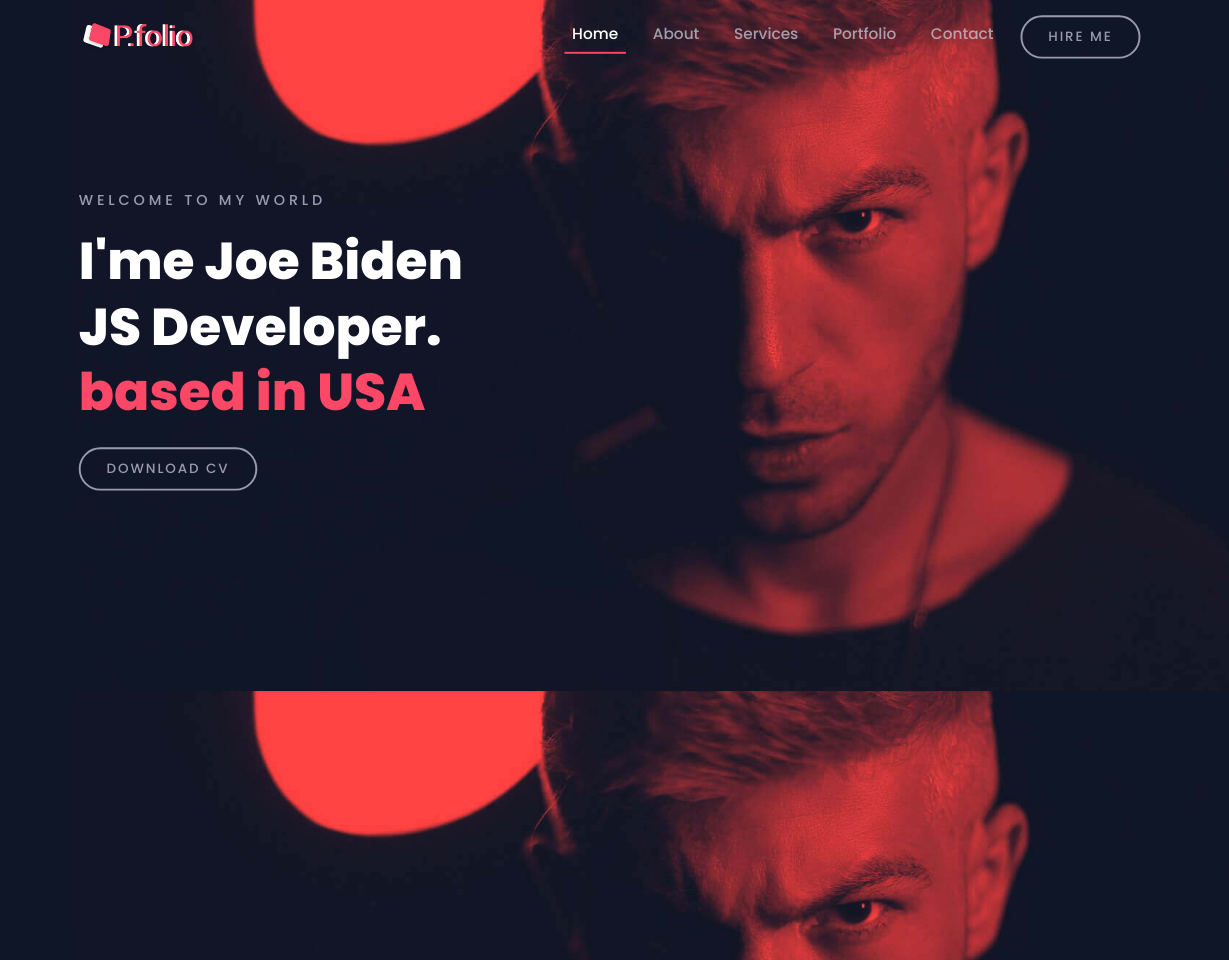
Repository: wadelfadill/Bootstrap_tache_3_responsive_portfolio
Page: index.html
These files come from the project's save history. The page is drawn as it stood at one moment and after the next save; the edit follows.
The browser window is 1280 px wide. The pictures show the whole page, at 96% of full size.
Backgrounds fixed to the window are drawn as part of the page. Some web libraries are served in a nearby version.

Above is the page before, as saved 2023-04-07 21:39:06.

After the next save:
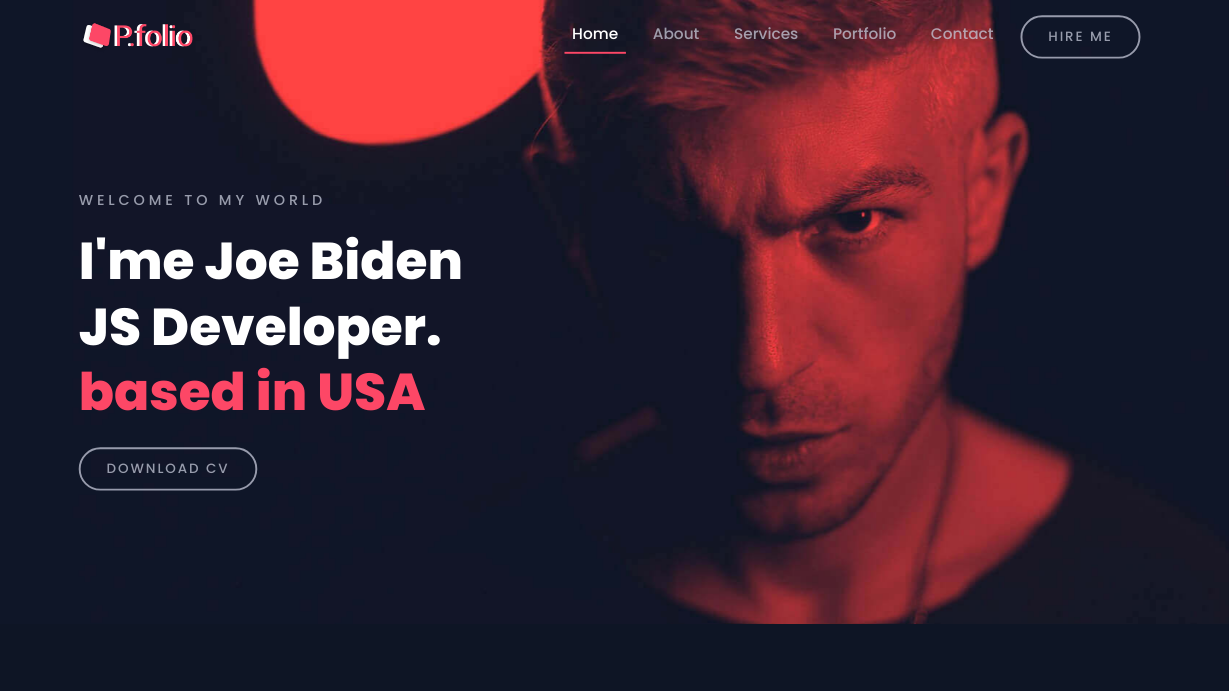
Saved 71 s later.
--- a/css/style.css
+++ b/css/style.css
@@ -210,7 +210,7 @@ button{
 .banner_wrapper{
     width: 100%;
     height: auto;
-    min-height: 1000px;
+    min-height: 650px;
     background-image: url('../images/bg-image.jpg');
     background-repeat: no-repeat;
     background-position: center center;
